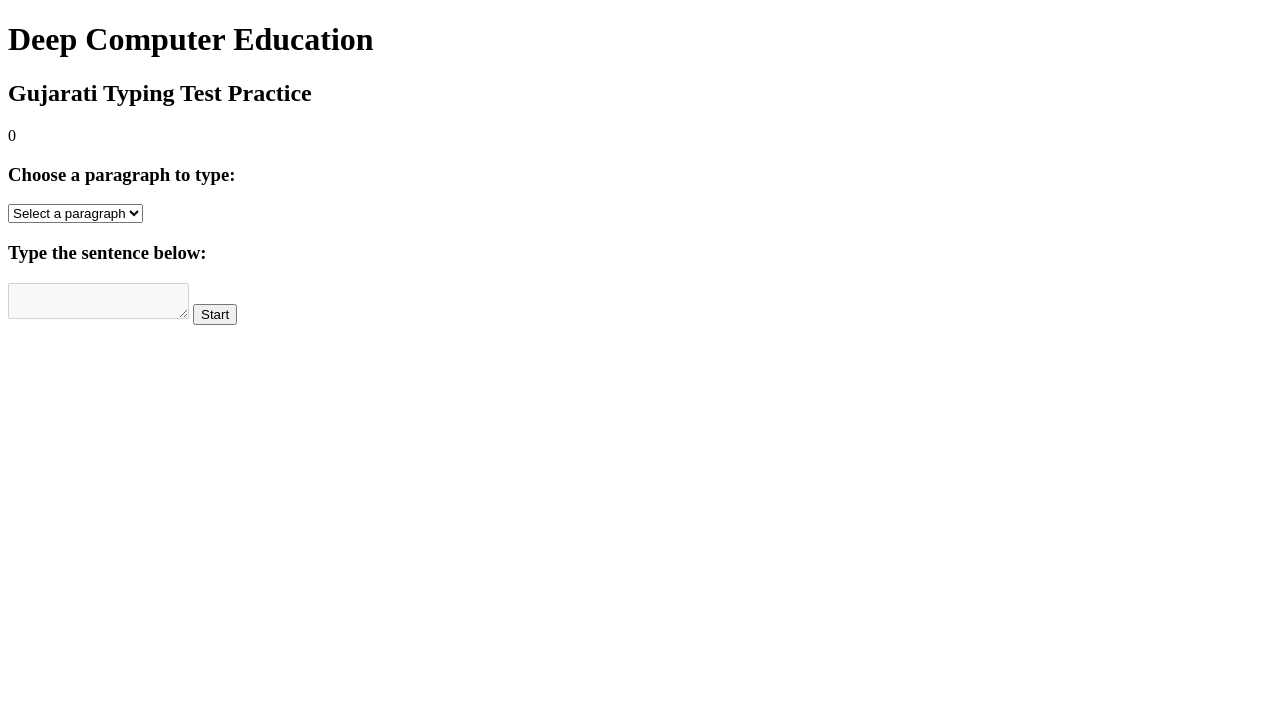
Repository: ssj27072002/Gujarati-typing-test
Page: typingGame/index.html
The author's editor kept a copy of each file at every save. The page is drawn from the files as they stood at one save, then again after the next save.
The browser window is 1280 px wide. The pictures show the whole page.

Above is the page before, as saved 2024-06-13 10:23:24.

### typingGame/index.html
<!-- working as scoll  -->
<!-- <!DOCTYPE html>
<html lang="en">
<head>
    <meta charset="UTF-8">
    <title>Gujarati Typing Test</title>
    <link rel="stylesheet" href="css/style.css">
</head>
<body>
    <div class="typing-section">
        <h1>Deep Computer Education Gujarati Typing Test Practice</h1>
        <div class="timer-div">
            <div id="show-time">0</div>
        </div>
        <h2>Choose a paragraph to type:</h2>
        <select id="paragraphSelector">
            <option value="">Select a paragraph</option>
            <option value="1">Paragraph 1</option>
            <option value="2">Paragraph 2</option>
            <option value="3">Paragraph 3</option>
        </select>
        <h2>Type the sentence below:</h2>
        <div id="showSentence" class="scrollable-paragraph"></div>
        <textarea id="textarea" disabled></textarea>
        <button id="btn">Start</button>
        <div id="score"></div>
    </div>
    <script src="js/index.js"></script>
</body>
</html> -->

<!DOCTYPE html>
<html lang="en">
<head>
    <meta charset="UTF-8">
    <title>Gujarati Typing Test</title>
    <link rel="stylesheet" href="css/style.css">
</head>
<body>
    <div class="typing-section">
        <div class="header">
            <h1>Deep Computer Education</h1>
            <h2>Gujarati Typing Test Practice</h2>
        </div>
        <div class="timer-div">
            <div id="show-time" class="timer">0</div>
        </div>
        <h3>Choose a paragraph to type:</h3>
        <select id="paragraphSelector" class="styled-select">
            <option value="">Select a paragraph</option>
            <option value="1">Paragraph 1</option>
            <option value="2">Paragraph 2</option>
            <option value="3">Paragraph 3</option>
        </select>
        <h3>Type the sentence below:</h3>
        <div id="showSentence" class="scrollable-paragraph"></div>
        <textarea id="textarea" class="styled-textarea" disabled></textarea>
        <button id="btn" class="styled-button">Start</button>
        <div id="score"></div>
    </div>
    <script src="js/index.js"></script>
</body>
</html>

### typingGame/css/style.css
/* scroll  */
/* @import url('https://fonts.googleapis.com/css2?family=Josefin+Sans:wght@400;600;700&family=Lexend+Deca:wght@100;200;300;400;500;600;700&family=Poppins:wght@300;400;600&display=swap');

* {
    margin: 0;
    padding: 0;
    box-sizing: border-box;
    font-family: 'Poppins', sans-serif;
}

html {
    font-size: 62.5%;
}

body {
    height: 100vh;
    display: flex;
    justify-content: center;
    align-items: center;
    background-color: #f3f4f6;
    color: #333;
}

.typing-section {
    text-align: center;
    background: #fff;
    border-radius: 1.5rem;
    box-shadow: 0 4px 20px rgba(0, 0, 0, 0.1);
    padding: 2rem 4rem;
    max-width: 60rem;
    width: 100%;
}

.typing-section h1 {
    font-size: 3.6rem;
    color: #4a4e69;
    margin-bottom: 2rem;
    text-transform: capitalize;
    font-weight: 700;
}

#textarea {
    border: .2rem solid #c9ada7;
    border-radius: 1rem;
    max-width: 100%;
    width: 100%;
    height: 20rem;
    padding: 1rem 2rem;
    font-size: 1.6rem;
    color: #333;
    background: #f3f4f6;
    outline: none;
    transition: border-color 0.3s ease;
    margin-bottom: 2rem;
}

#textarea:focus {
    border-color: #9a8c98;
}

#btn {
    display: inline-block;
    padding: 1rem 2.4rem;
    border: none;
    border-radius: 1rem;
    background-color: #9a8c98;
    color: #fff;
    font-size: 1.8rem;
    margin-top: 2rem;
    cursor: pointer;
    transition: background-color 0.3s ease;
}

#btn:hover {
    background-color: #6d6875;
}

h2 {
    font-size: 2.4rem;
    color: #4a4e69;
    text-align: center;
    margin-bottom: 1.5rem;
}

#showSentence, #score {
    font-size: 1.8rem;
    margin: 2rem 0;
    letter-spacing: .02rem;
    text-align: center;
    color: #4a4e69;
}

.timer-div {
    width: 100%;
    text-align: right;
    display: flex;
    justify-content: flex-end;
    margin-bottom: 1rem;
}

#show-time {
    font-size: 2.4rem;
    padding: 1.5rem;
    text-align: center;
    width: 6rem;
    height: 6rem;
    display: flex;
    justify-content: center;
    align-items: center;
    border-radius: 50%;
    border: .5rem solid #9a8c98;
    color: #4a4e69;
    background: #fff;
}
.scrollable-paragraph {
    max-height: 200px;
    overflow-y: auto;
    border: 1px solid #ccc;
    padding: 10px;
    margin-bottom: 20px;
} */

### typingGame/js/index.js
const typing_ground = document.querySelector('#textarea');
const btn = document.querySelector('#btn');
const score = document.querySelector('#score');
const show_sentence = document.querySelector('#showSentence');
const show_time = document.querySelector('#show-time');
const paragraphSelector = document.getElementById('paragraphSelector');

let startTime, endTime, totalTimeTaken, sentence_to_write;

const paragraphs = {
    1: 'ગાંધીનગર ગુજરાતની રાજધાની છે. આ શહેરમાં મોટા પ્રમાણમાં સરકારી કાર્યાલયો અને ઔદ્યોગિક ક્ષેત્ર છે. અમદાવાદ, જે ગુજરાતનું સૌથી મોટું શહેર છે, તેનું એક મહત્વનું ઐતિહાસિક અને આર્થિક કેન્દ્ર છે. અમદાવાદની સુંદર નદી સાબરમતીના કાંઠે બનેલું સાબરમતી આશ્રમ મહાત્મા ગાંધીજીની યાદ અપાવે છે.',
    2: 'સૂરત એક મહત્વપૂર્ણ વ્યાપારી શહેર છે, જે પોતાના હીરાના વેપાર અને કાપડ ઉદ્યોગ માટે જાણીતું છે. આ શહેરમાં ઘણા સુંદર બાગો અને મલ્ટીપ્લેક્સ સિનેમા છે.',
    3: 'વડોદરા શહેર એ પોતાના સંસ્કૃતિક અને શૈક્ષણિક કેન્દ્ર માટે જાણીતું છે. આ શહેરમાં ઘણા મ્યુઝિયમ્સ, પાર્ક્સ અને શૈક્ષણિક સંસ્થાઓ છે.'
};

const calculateTypingSpeed = (time_taken) => {
    let totalWords = typing_ground.value.trim();
    let actualWordsArray = totalWords === '' ? [] : totalWords.split(/\s+/);
    let correctWords = errorChecking(actualWordsArray);

    if (correctWords !== 0) {
        let typing_speed = (correctWords / time_taken) * 60;
        typing_speed = Math.round(typing_speed);
        score.innerHTML = `Your typing speed is ${typing_speed} words per minute & you wrote ${correctWords} correct words out of ${sentence_to_write.length} words & time taken ${time_taken} sec`;
    } else {
        score.innerHTML = `Your typing speed is 0 words per minute & time taken ${time_taken} sec`;
    }
};

const endTypingTest = () => {
    btn.innerText = "Start";
    clearInterval(intervalID);
    let date = new Date();
    endTime = date.getTime();

    totalTimeTaken = (endTime - startTime) / 1000;

    calculateTypingSpeed(totalTimeTaken);

    show_sentence.innerHTML = "";
    typing_ground.value = "";
};

let intervalID, elapsedTime = 0;

const showTimer = () => {
    if (btn.innerText === "Done") {
        intervalID = setInterval(() => {
            elapsedTime++;
            show_time.innerHTML = elapsedTime;
        }, 1000);
    } else if (btn.innerText === "Start") {
        elapsedTime = 0;
        clearInterval(intervalID);
        show_time.innerHTML = "";
    }
};

const errorChecking = (userWords) => {
    let num = 0;
    sentence_to_write = show_sentence.innerHTML.trim().split(/\s+/);

    for (let i = 0; i < userWords.length; i++) {
        if (userWords[i] === sentence_to_write[i]) {
            num++;
        }
    }
    return num;
};

const startTyping = () => {
    let selectedValue = paragraphSelector.value;
    if (selectedValue) {
        show_sentence.innerHTML = paragraphs[selectedValue];
        let date = new Date();
        startTime = date.getTime();
        btn.innerText = "Done";
        showTimer();
    } else {
        alert("Please select a paragraph first!");
    }
};

btn.addEventListener('click', () => {
    switch (btn.innerText.toLowerCase()) {
        case "start":
            typing_ground.removeAttribute('disabled');
            startTyping();
            break;
        case "done":
            typing_ground.setAttribute('disabled', 'true');
            endTypingTest();
            break;
    }
});

// paragraphSelector.addEventListener("change", function() {
//     show_sentence.innerHTML = "";
//     typing_ground.value = "";
//     typing_ground.setAttribute('disabled', 'true');
//     btn.innerText = "Start";
//     elapsedTime = 0;
//     clearInterval(intervalID);
//     show_time.innerHTML = "0";
//     score.innerHTML = "";
// });

paragraphSelector.addEventListener('change', () => {
    const selectedValue = paragraphSelector.value;
    if (selectedValue) {
        showSentence.textContent = paragraphs[selectedValue];
        textarea.disabled = false;
    } else {
        showSentence.textContent = '';
        textarea.disabled = true;
    }
});

After the next save:
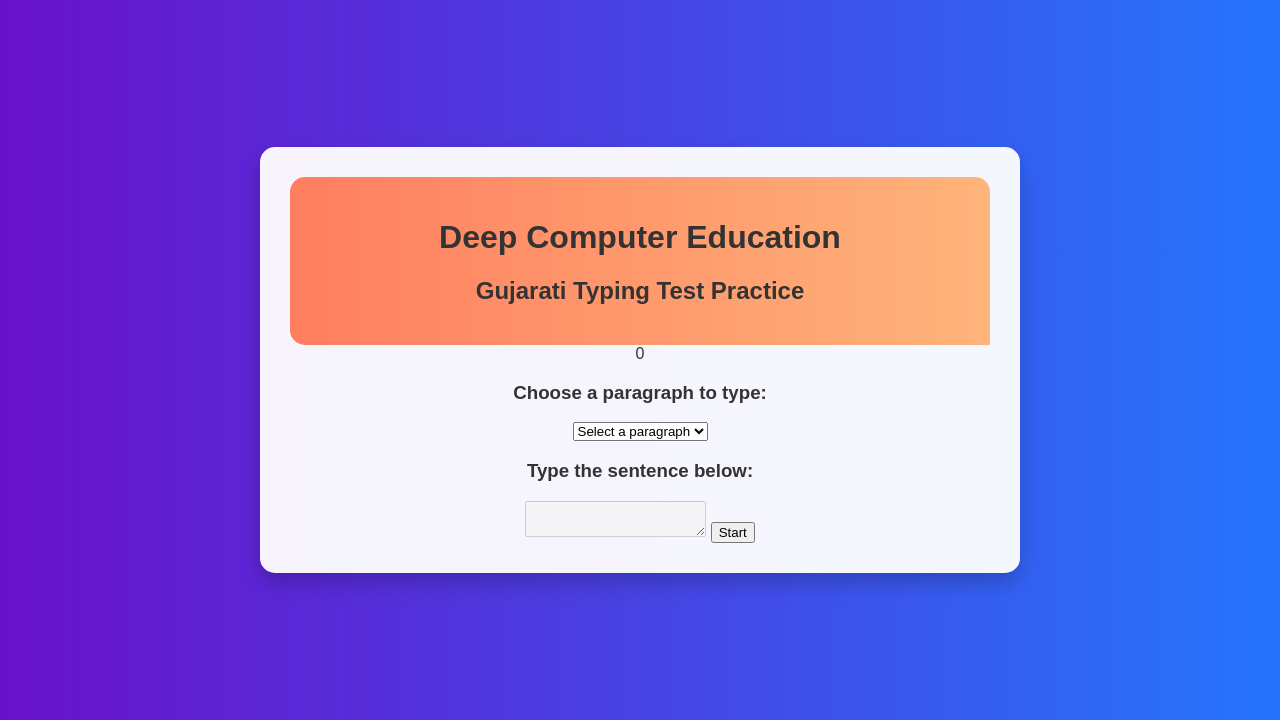
Saved 16 s later.
--- a/typingGame/css/style.css
+++ b/typingGame/css/style.css
@@ -119,3 +119,35 @@
     padding: 10px;
     margin-bottom: 20px;
 } */
+
+/* General Styles */
+body {
+    font-family: 'Arial', sans-serif;
+    background: linear-gradient(to right, #6a11cb, #2575fc);
+    color: #333;
+    margin: 0;
+    padding: 0;
+    display: flex;
+    justify-content: center;
+    align-items: center;
+    height: 100vh;
+    overflow: hidden;
+}
+
+/* Container Styles */
+.typing-section {
+    background: rgba(255, 255, 255, 0.95);
+    padding: 30px;
+    border-radius: 15px;
+    box-shadow: 0 10px 20px rgba(0, 0, 0, 0.2);
+    max-width: 700px;
+    width: 100%;
+    text-align: center;
+    animation: fadeIn 1s ease-out;
+}
+
+/* Header Styles */
+.header {
+    background: linear-gradient(to right, #ff7e5f, #feb47b);
+    padding: 20px;
+    border-radius: 15px 15px 0

After the save that followed:
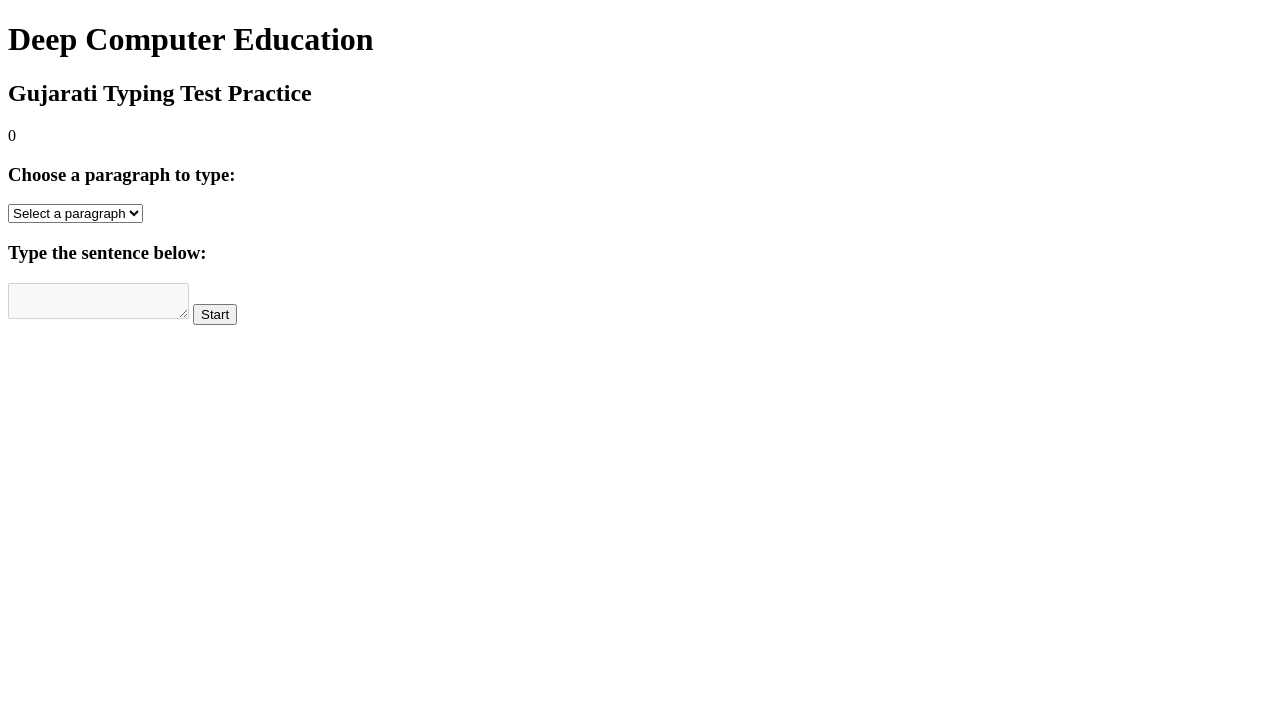
Saved 6 s later.
--- a/typingGame/css/style.css
+++ b/typingGame/css/style.css
@@ -119,35 +119,3 @@
     padding: 10px;
     margin-bottom: 20px;
 } */
-
-/* General Styles */
-body {
-    font-family: 'Arial', sans-serif;
-    background: linear-gradient(to right, #6a11cb, #2575fc);
-    color: #333;
-    margin: 0;
-    padding: 0;
-    display: flex;
-    justify-content: center;
-    align-items: center;
-    height: 100vh;
-    overflow: hidden;
-}
-
-/* Container Styles */
-.typing-section {
-    background: rgba(255, 255, 255, 0.95);
-    padding: 30px;
-    border-radius: 15px;
-    box-shadow: 0 10px 20px rgba(0, 0, 0, 0.2);
-    max-width: 700px;
-    width: 100%;
-    text-align: center;
-    animation: fadeIn 1s ease-out;
-}
-
-/* Header Styles */
-.header {
-    background: linear-gradient(to right, #ff7e5f, #feb47b);
-    padding: 20px;
-    border-radius: 15px 15px 0
